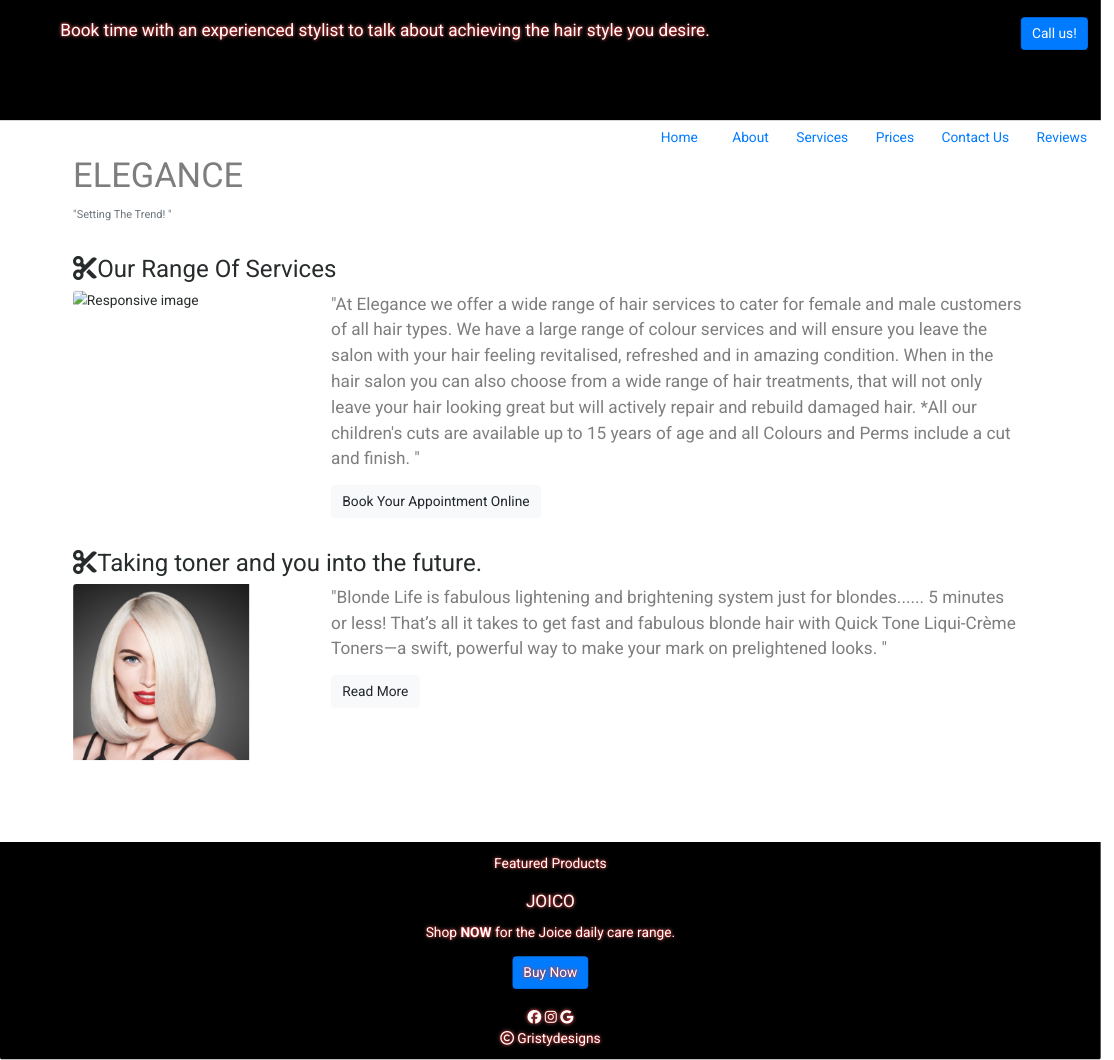
Repository: Gristydesigns/elegance-salon
Page: services.html
The author's editor kept a record of every edit. The page is drawn from the files as they stood at one moment, then again after the next edit.
The browser window is 1280 px wide. The page is 1295 px wide, so the pictures cover 1295 px, including what lies to the right of the window. The pictures show the whole page, at 86% of full size.
Some web libraries are served in a nearby version.

Above is the page before.
Console error: TypeError: Cannot read properties of undefined (reading 'fn')
Not found: image/serices-pic2.jpg

### services.html
<!DOCTYPE html>
<html lang="en">
<!--Head------------------------->

<head>
    <meta charset="UTF-8">
    <meta name="viewport" content="width=device-width, initial-scale=1.0">
    <meta http-equiv="X-UA-Compatible" content="ie=edge">
    <link rel="stylesheet" href="https://stackpath.bootstrapcdn.com/bootstrap/4.3.1/css/bootstrap.min.css" integrity="sha384-ggOyR0iXCbMQv3Xipma34MD+dH/1fQ784/j6cY/iJTQUOhcWr7x9JvoRxT2MZw1T" crossorigin="anonymous">
    <script src="https://stackpath.bootstrapcdn.com/bootstrap/4.3.1/js/bootstrap.min.js" integrity="sha384-JjSmVgyd0p3pXB1rRibZUAYoIIy6OrQ6VrjIEaFf/nJGzIxFDsf4x0xIM+B07jRM" crossorigin="anonymous"></script>
    <link href="https://fonts.googleapis.com/css?family=Roboto:400,700&display=swap" rel="stylesheet">
    <script src="https://kit.fontawesome.com/d13d47f9ca.js"></script>
    <link rel="stylesheet" href="assets/css/style.css" type="text/css" />
    <title>Elegance Hair Salon Ledbury</title>
</head>
<!--End------------------------->

<body>
    <header>
        <!--callout--------------->
        <section class="container-fluid call-to-action">
            <div class="row">
                <div class="col-12">
                    <button class="btn-spinner-grow btn-spinner-grow-sm btn btn-primary btn-md float-right">Call us!<href="#" role="button"></button>
                <p class="lead">Book time with an experienced stylist  to talk about achieving the hair style you desire.</p>
                </div>
            </div>
        </section>
        <!--End------------------------->
        <!--Nav Bar--------------------->
        <section class="container-nav nav-bar">
            <div class="row">
                <div class="col-12 ">
                    <div class="nav navbar-light bg-light navbar-expand-sm nav-position left >
                             <a href=" # "class="navbar-salon "></a>
                               <button class="navbar-toggler mr-auto " type="button " data-toggle="collapse " data-target="#navbarNavDropdown " aria-controls="navbarNavDropdown " aria-expanded="false " aria-label="Toggle navigation ">
                                <span class="navbar-toggler-icon "></span></button>
                                 <div class="collapse navbar-collapse " id="navbarNavDropdown ">

                                 <ul class="nav nav-pills ml-auto ">
                                  <li class="active nav-item mr-2 "><a class="nav-link Home " href="# ">Home</a>
                                  <li class="nav-item "><a class="nav-link About " href="# ">About</a>
                                  <li class="nav-item "><a class="nav-link Services " href="# ">Services</a>
                                  <li class="nav-item "><a class="nav-link Prices " href="# ">Prices</a>
                                  <li class="nav-item "><a class="nav-link Contact us " href="# ">Contact Us</a>
                                  <li class="nav-item "><a class="nav-link Reviews " href="# ">Reviews</a>
                                  <li class="nav-item dropdown ">
                                 </ul>
                               </div>
                             </div>
                            </div>
                          </div>
                        </div>
                     </div>
        <!--logo------------------------->
        <section class="container logo ">
                  <div class="row ">
                    <div class=" col-md-12 ">
                        <h1>ELEGANCE</h1>
                        <p class="text-muted "><small>"Setting The Trend! "</small></p>
                    </div>
                </div>
        </section>
<!--End------------------------->


     </header>
<!--End------------------------------>
<!--feature space---------------------->
 <section class="headliners ">
  <div class="container headliner ">
  <!--feature article 1---------------------->
    <div class="row ">
     <div class="col-12 ">
      <h3 class="text "><i class="fas fa-cut "></i>Our Range Of Services </h3>
        <div class="media ">
        <img src="image/serices-pic2.jpg " class="img-fluid rounded " alt="Responsive image ">
          </div>
           <blockquote class="blockquote ">
           <p>"At Elegance we offer a wide range of hair services to cater for female and male customers of all hair types. We have a large range of colour services and will ensure you leave the salon with your hair feeling revitalised, refreshed and in amazing condition.
               When in the hair salon you can also choose from a wide range of hair treatments, that will not only leave your hair looking great but will actively repair and rebuild damaged hair.
              *All our children's cuts are available up to 15 years of age and all Colours and Perms include a cut and finish. "</p>
             <p><a class="btn btn-md btn-light " href="https://elegance-hair-salon-hair-salon.business.site/ ">Book Your Appointment Online</a></p>
              </div>
             </blockquote>
             </div>
           </div>
         </div>
       </div>
     </div>
     </div>
    </div>
 <!--feature article 2---------------------->
 <div class="container headliner ">
 <div class="row ">
   <div class="col-12 ">
     <h3 class="text "><i class="fas fa-cut flexi-wrap "></i>Taking toner and you into the future.</h3>
       <div class="media ">
          <img src="image/platinumn2.png " class="img-fluid rounded " alt="Responsive image ">
           </div>
           <blockquote class="blockquote ">
            <p> "Blonde Life is fabulous lightening and brightening system just for blondes...... 5 minutes or less! That’s all it takes to get fast and fabulous blonde hair with Quick Tone Liqui-Crème Toners—a swift, powerful way to make your mark
                        on prelightened looks. "</p>
            <p><a class="btn btn-md btn-light " href="https://elegance-hair-salon-hair-salon.business.site/ ">Read More</a></p>
           </blockquote>
         </div>
        </div>
       </div>
      </div>
     </div>
    </div>
   </div>
  </section>
  <!--End------------------------->
   <!--footer---------------------->
  <footer>
   <section class="card-footer ">
     <div class="container-fluid footer ">
      Featured Products
     </div>
        <div class="card-body ">
         <h5 class="card-title ">JOICO</h5>
          <p class="card-text ">Shop <strong>NOW</strong> for the Joice daily care range.</p>
           <a href="https://my-salon.shop/?salonname=Elegance&salonlocation=Ledbury " class="btn btn-primary ">Buy Now</a>
        </div>
        <div class="card">
        <div class "row  ">
          <div class="col-12 ">
            <i class="fab fa-facebook "></i>
            <i class="fab fa-instagram "></i>
            <i class="fab fa-google "></i>
          </div>
        </div>
      </div>
        <div class "row ">
          <div class="col-12 ">
            <i class="far fa-copyright " 2019 Gristydesigns ">
                        </i>
                        Gristydesigns
                    </div>
                </div>
        </section>
        </footer>
        <script src="https://stackpath.bootstrapcdn.com/bootstrap/4.3.1/js/bootstrap.min.js" integrity="sha384-JjSmVgyd0p3pXB1rRibZUAYoIIy6OrQ6VrjIEaFf/nJGzIxFDsf4x0xIM+B07jRM" crossorigin="anonymous"></script>
        <script src="https://code.jquery.com/jquery-3.3.1.slim.min.js" integrity="sha384-q8i/X+965DzO0rT7abK41JStQIAqVgRVzpbzo5smXKp4YfRvH+8abtTE1Pi6jizo" crossorigin="anonymous"></script>
        <script src="https://cdnjs.cloudflare.com/ajax/libs/popper.js/1.14.7/umd/popper.min.js" integrity="sha384-UO2eT0CpHqdSJQ6hJty5KVphtPhzWj9WO1clHTMGa3JDZwrnQq4sF86dIHNDz0W1" crossorigin="anonymous"></script>
</body>

</html>
<!--End------------------------->

### assets/css/style.css
@import url('https://fonts.googleapis.com/css?family=Roboto&display=swap 100,200,300,400,500,600,700|Exo 100,200,300,400,500,600,700');
/*---------------------------------colors */

body {
   font-family: 'Roboto', sans-serif;
  background-color:#fff;
  -webkit-background-size: cover;
  -moz-background-size: cover;
  -o-background-size: cover;
  background-size: cover;

}
/*---------------------------------call out */

.call-to-action {
    height:140px;
    background-color: black;
    font-size:20px;
    font-weight: 600px;
    color: #fff;
    text-align: left;
    padding-left:70px;
    padding-top: 20px;
    bottom:5px;
    text-shadow: 0 0 3px #FF0000, 0 0 5px #7e7e7e
   }

   .button {
       padding-top:0;
       padding-bottom:20px;
      }
/*---------------------------------nav-container */
.navbar-collapse {
 background-color: #fff;
 padding-left:10px;
 }
.nav-bar {

}

/*---------------------------------Logo */
.logo {
    color:#7e7e7e;
    font-weight: 900px;
    text-shadow: 2px 2px 4px #25292A
    padding-top: 20px;
    padding-bottom: 20px;
    display: flex;
    justify-content: left;

   }
 /*---------------------------------headliner */
 .headliner {
     color:#272B2B;

     justify-content: center;
 }
 .blockquote {
     padding-left: 10px;
     padding-right: 5px;
     color: #7e7e7e;

 }
  /*---------------------------------feature space */
.media {
    height: 300px;
    flex: none;
    width: 300px;
    text-align: right;
    float: left;
 }

.img-fluid {
    max-width: 75%;
    height: auto;
    padding-bottom: 5px;
    padding-right: 20px;

}
   /*---------------------------------Footer */
.card-footer {
    text-align: center;
    background-color: black;
    border-top: 1px solid rgba(0,0,0,.125);
    color: #fff;
    text-shadow: 0 0 3px #FF0000, 0 0 5px #7e7e7e

}
 .card {
   background-color: black;
   text-align: center;
 }

After the next edit:
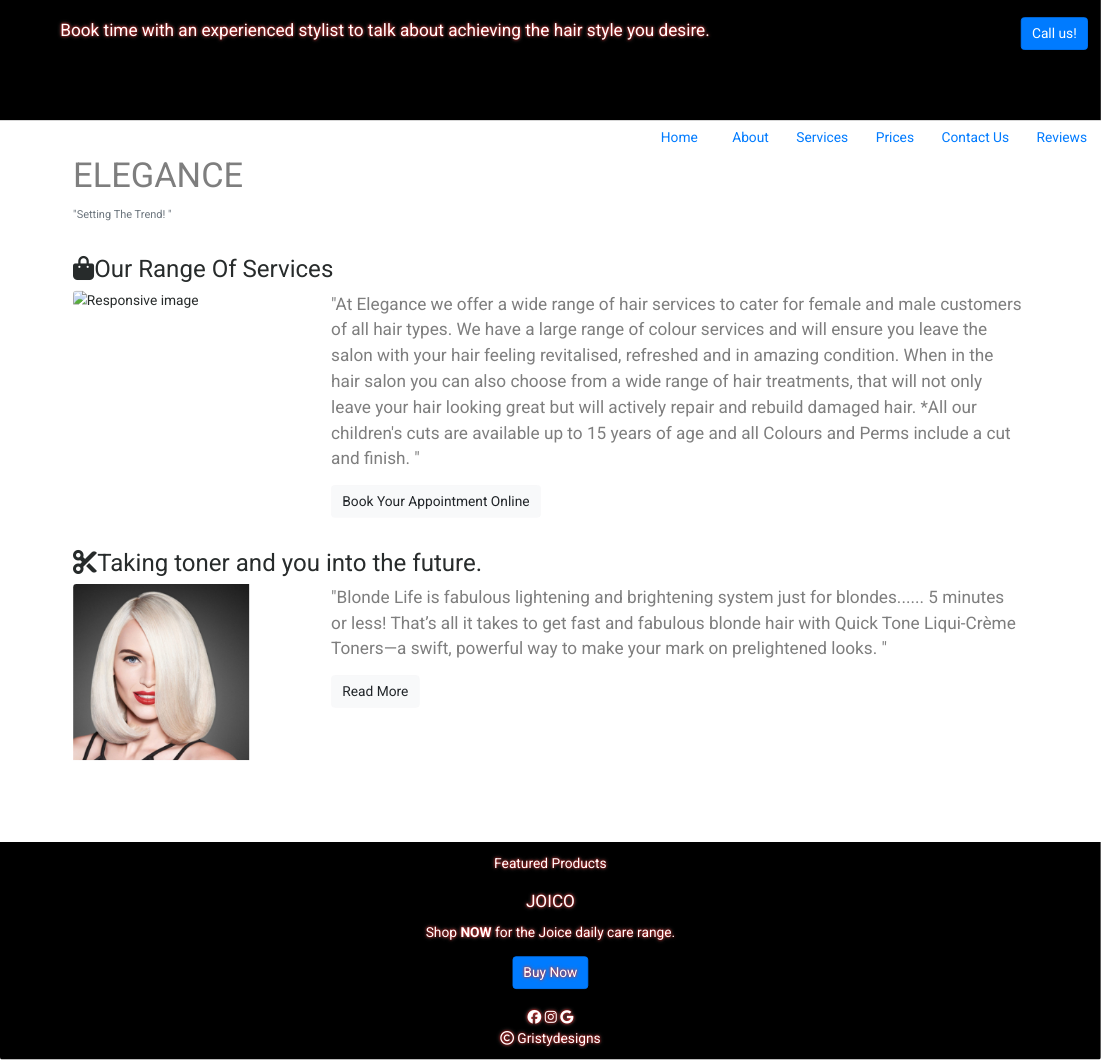
The edit:
--- a/services.html
+++ b/services.html
@@ -72,7 +72,7 @@
   <!--feature article 1---------------------->
     <div class="row ">
      <div class="col-12 ">
-      <h3 class="text "><i class="fas fa-cut "></i>Our Range Of Services </h3>
+      <h3 class="text "><i class="fas fa-shopping-bag "></i>Our Range Of Services </h3>
         <div class="media ">
         <img src="image/serices-pic2.jpg " class="img-fluid rounded " alt="Responsive image ">
           </div>
